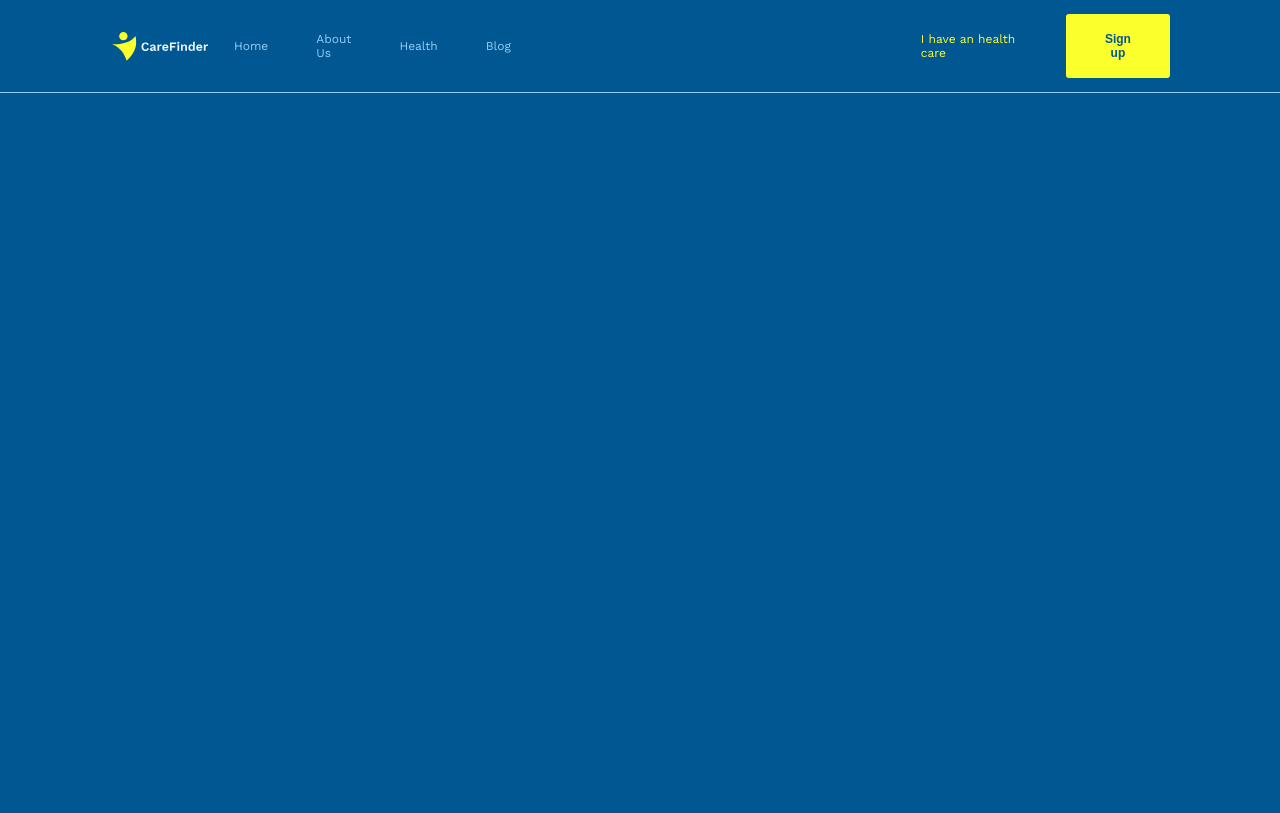
Repository: PreciousOritsedere/Carefinder-App
Page: /
These files come from the project's save history. The page is drawn as it stood at one moment and after the next save; the edit follows.
The browser window is 1280 px wide. The pictures show the whole page.
The project was rebuilt for these pictures with package versions that can differ from the ones it lists, and the page was loaded fresh each time. The framework's server and built-in components were replaced by stand-ins that run in the browser. Also part of the build but not shown: next.config.js, src/Components/Nav_Menu/NavMenu.js.

Above is the page before, as saved 2023-06-12 19:56:08.

After the next save:
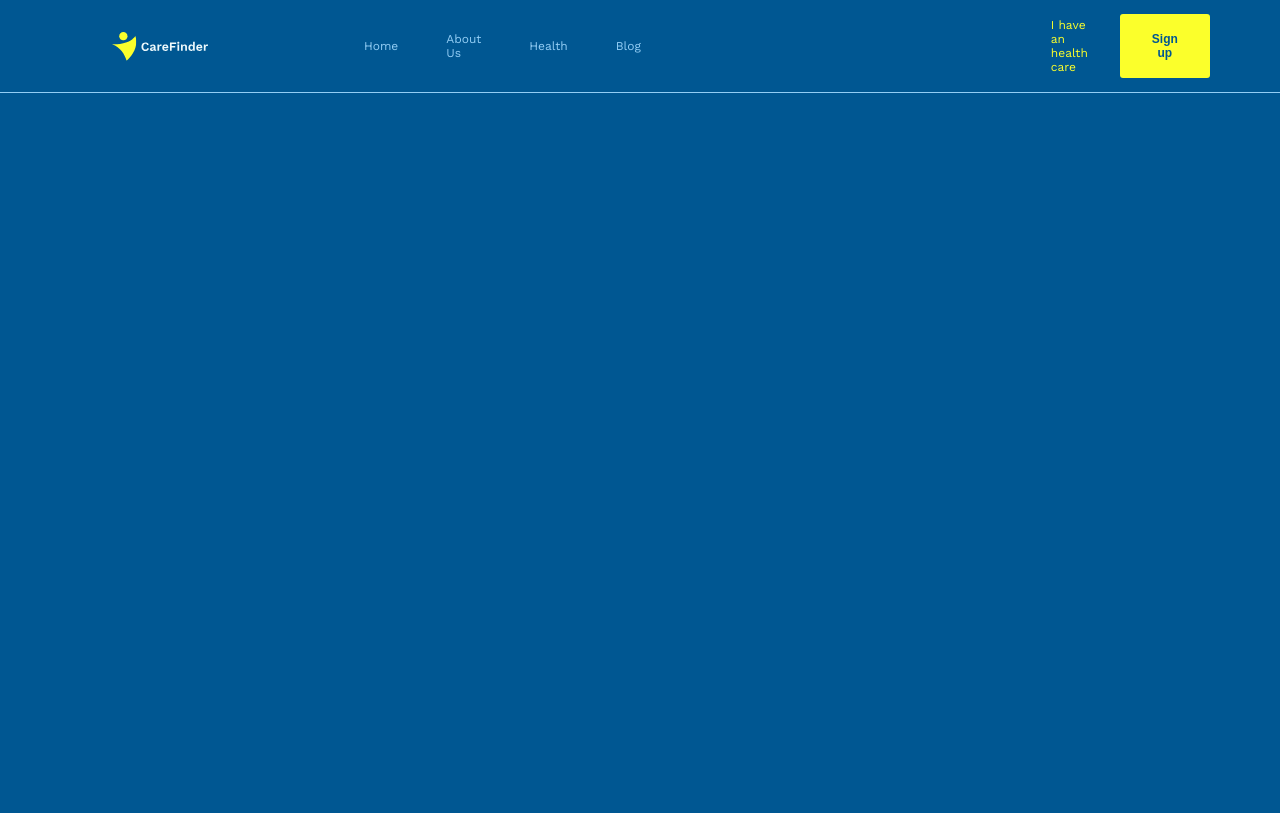
Saved 14 s later.
--- a/src/Components/Nav/Nav.module.css
+++ b/src/Components/Nav/Nav.module.css
@@ -66,7 +66,7 @@
 @media screen and (min-width: 768px) {
   .nav {
 
-    /* gap: 130px; */
+    gap: 130px;
     padding: 0 110px;
   }
 
